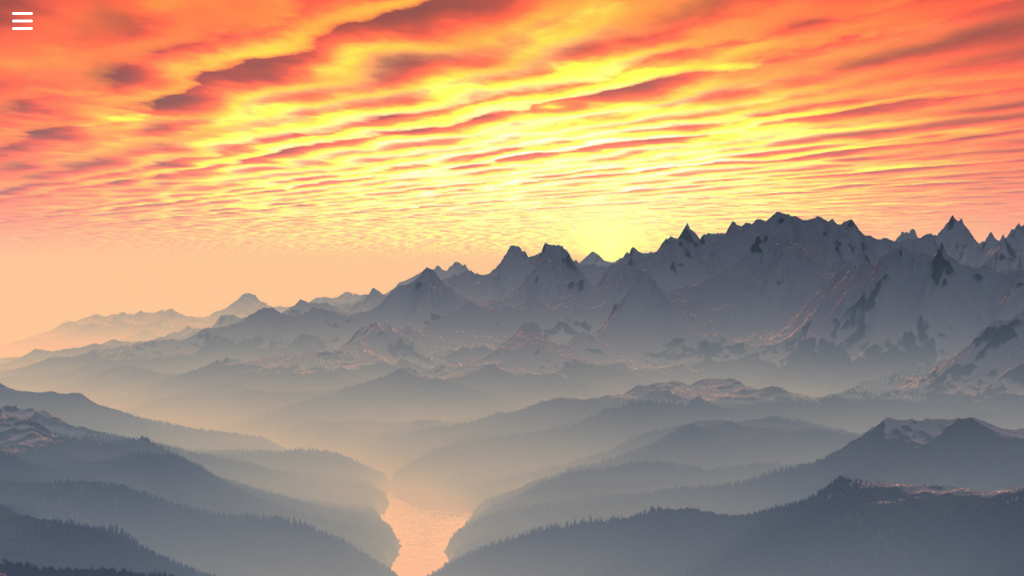
Repository: ewanlockwood/ewanlockwood
Page: http://localhost/base
The author's editor kept a record of every edit. The page is drawn from the files as they stood at one moment, then again after the next edit.
The browser window is 1280 px wide. The pictures show the whole page, at 80% of full size.
Some web libraries are served in a nearby version. The page is served by the project's application, run on Django 2.2 (manage.py). Other server files are loaded and not shown.

Above is the page before.

### store/views.py
from django.shortcuts import render

from .models import Template

# Create your views here.
def base(request):
    """ Render base.html """

    return render(request, 'base.html')

def index(request):
    """ Render index.html """

    queryset =  Template.objects.all()
    context = { 'object_list' : queryset,
                'title': 'List'
    }

    return render(request, 'template_page.html', context)

### store/templates/base.html
<!DOCTYPE html>
<html lang="en">

<head>
    <meta charset="UTF-8">
    <meta name="viewport" content="width=device-width, initial-scale=1.0">
    <meta http-equiv="X-UA-Compatible" content="ie=edge">
    <title>My Site</title>

    {% load static %}

    <link rel="stylesheet" href="{% static 'css/main.css' %}" type='text/css' />
    <link rel="stylesheet" href="https://stackpath.bootstrapcdn.com/bootstrap/4.3.1/css/bootstrap.min.css" integrity="sha384-ggOyR0iXCbMQv3Xipma34MD+dH/1fQ784/j6cY/iJTQUOhcWr7x9JvoRxT2MZw1T" crossorigin="anonymous">

</head>

<body>
    <!-- Navigation START -->
    <div id="navigation-bar">
        <div id="nav-icon">
            <a onClick='openSlideMenu()'>
                <i id='menu-toggle' class="fas fa-bars"></i>
            </a>
        </div>
        <div id='menu' class='nav container-fluid'>
            <a class='close' onClick='closeSlideMenu()'> <i class='fas fa-times'></i> </a>
            <div class="row">
                <a onClick="document.getElementById('page-one-container').scrollIntoView();" class='col-12'> <i class='fas fa-home icon'>  </i>Home </a>
                <a onClick="document.getElementById('page-two-container').scrollIntoView();"class='col-12'> <i class='fas fa-images icon'>  </i>Templates </a>
                <a onClick="document.getElementById('page-three-container').scrollIntoView();" class='col-12'> <i class='fas fa-user-circle icon'> </i> About </a>
            </div>
        </div>
    </div>
    <!-- Navigation END -->
    <div class='container-fluid' id="page-one-container">

    </div>
    {% block content %} {% endblock %}

    <script src="https://kit.fontawesome.com/25994293f6.js" crossorigin="anonymous"></script>
    <script src="https://code.jquery.com/jquery-3.3.1.slim.min.js" integrity="sha384-q8i/X+965DzO0rT7abK41JStQIAqVgRVzpbzo5smXKp4YfRvH+8abtTE1Pi6jizo" crossorigin="anonymous"></script>
    <script src="https://cdnjs.cloudflare.com/ajax/libs/popper.js/1.14.7/umd/popper.min.js" integrity="sha384-UO2eT0CpHqdSJQ6hJty5KVphtPhzWj9WO1clHTMGa3JDZwrnQq4sF86dIHNDz0W1" crossorigin="anonymous"></script>
    <script src="https://stackpath.bootstrapcdn.com/bootstrap/4.3.1/js/bootstrap.min.js" integrity="sha384-JjSmVgyd0p3pXB1rRibZUAYoIIy6OrQ6VrjIEaFf/nJGzIxFDsf4x0xIM+B07jRM" crossorigin="anonymous"></script>
    <script type="text/javascript" src="../static/js/main.js"></script>
</body>

</html>

### mysite/urls.py
"""mysite URL Configuration

The `urlpatterns` list routes URLs to views. For more information please see:
    https://docs.djangoproject.com/en/2.2/topics/http/urls/
Examples:
Function views
    1. Add an import:  from my_app import views
    2. Add a URL to urlpatterns:  path('', views.home, name='home')
Class-based views
    1. Add an import:  from other_app.views import Home
    2. Add a URL to urlpatterns:  path('', Home.as_view(), name='home')
Including another URLconf
    1. Import the include() function: from django.urls import include, path
    2. Add a URL to urlpatterns:  path('blog/', include('blog.urls'))
"""
from django.contrib import admin
from django.urls import path

from store import views as v

urlpatterns = [
    path('', v.index),
    path('base', v.base),
    path('admin/', admin.site.urls)
]

### store/static/css/main.css
@import url("https://fonts.googleapis.com/css?family=Josefin+Sans:100,100i,300,300i,400,400i,600,600i,700,700i&display=swap");

html {
  scroll-behavior: smooth;
}

body {
    font-family: 'Josefin Sans', sans-serif;
    overflow-x: hidden;
}

#navigation-bar {
      padding: 0 15px;
      transition: margin-left 0.7s;
      overflow: hidden;
      width: 100%;
}

#navigation-bar #nav-icon a {
        font-size: 30px;
        color: #fff;
        position: fixed;
        top: 5px;
}

#navigation-bar #menu {
        height: 100vh;
        width: 0px;
        position: fixed;
        z-index: 1;
        top: 0;
        left: 0;
        background-color: #fff;
        overflow-x: hidden;
        padding: 60px 0 0 0;
        transition: 0.7s;
}

#navigation-bar #menu .close {
          position: absolute;
          top: 8px;
          right: 22px;
          margin-left: 50px;
          font-size: 30;
          color: #000;
}

#navigation-bar #menu .row {
          padding: 200px 0px;
}

#navigation-bar #menu .row a {
            height: 74px;
            text-align: center;
            font-size: 45px;
            color: black;
            text-transform: uppercase;
 }

#page-one-container {
    background: url("../images/orange_sky.jpeg") no-repeat center;
    height: 100vh;
    width: 100vw;
}

#page-two-container {
    height: 100vh;
    width: 100vw;
    padding-top: 100px;
}

.template-card {
    text-align: center;
}

.template-card h1 {
    font-size: 45px;
}

.template-card #template-description {
    font-size: 11px;
}

.template-card img {
    width: 100%;
}

.template-card #template-price {
    color: red;
    width: auto;
    padding: 5px;
    text-align: left;
}

#page-three-container {
    height: 100vh;
    width: 100vw;
    background-color: #E57248;
}

Loaded but not shown: store/static/js/main.js (no copy from this time; the picture is the same without it)

After the next edit:
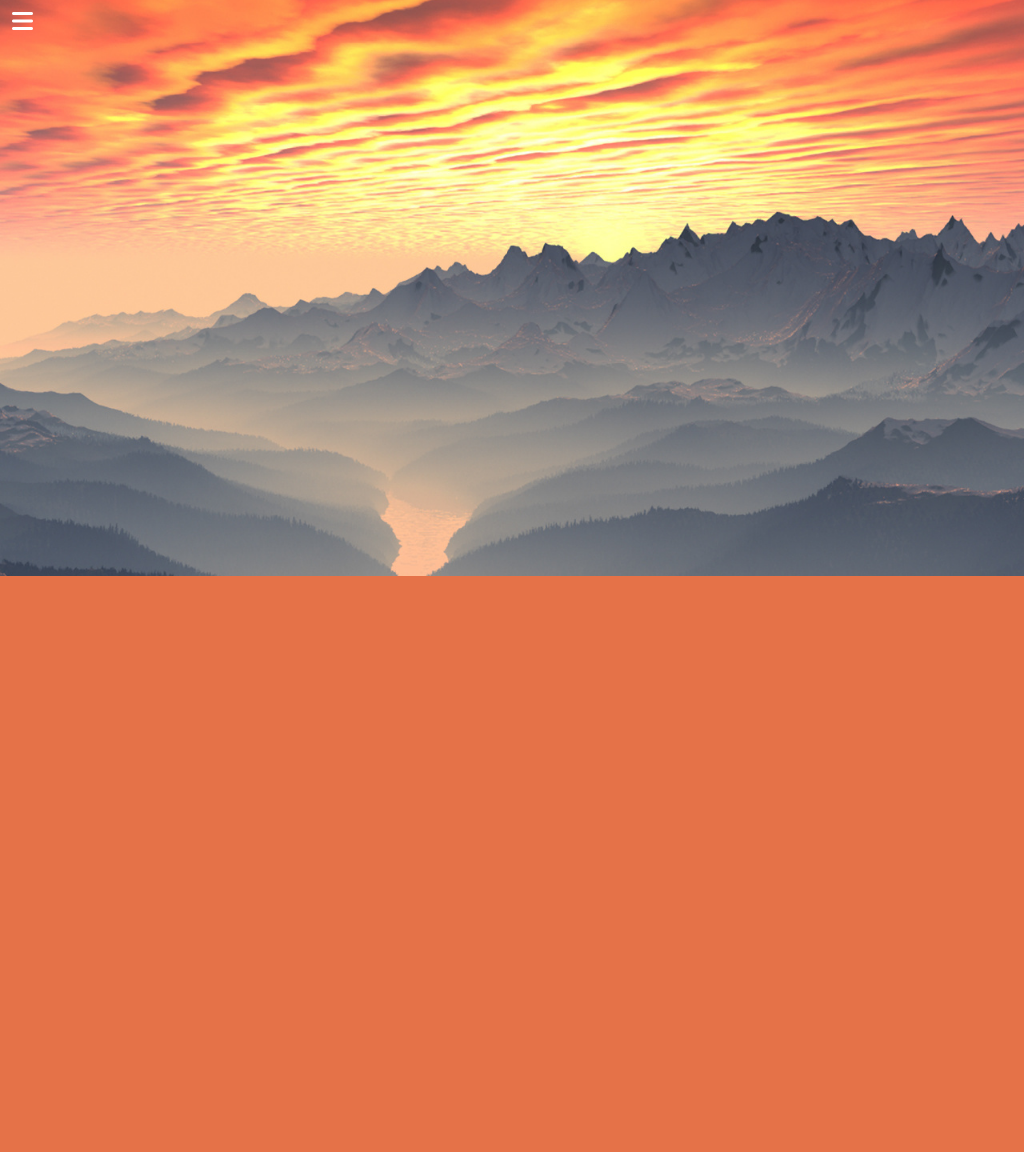
The edit:
--- a/store/templates/base.html
+++ b/store/templates/base.html
@@ -26,7 +26,7 @@
             <a class='close' onClick='closeSlideMenu()'> <i class='fas fa-times'></i> </a>
             <div class="row">
                 <a onClick="document.getElementById('page-one-container').scrollIntoView();" class='col-12'> <i class='fas fa-home icon'>  </i>Home </a>
-                <a onClick="document.getElementById('page-two-container').scrollIntoView();"class='col-12'> <i class='fas fa-images icon'>  </i>Templates </a>
+                <a onClick="document.getElementById('page-two-container').scrollIntoView();" class='col-12'> <i class='fas fa-images icon'>  </i>Templates </a>
                 <a onClick="document.getElementById('page-three-container').scrollIntoView();" class='col-12'> <i class='fas fa-user-circle icon'> </i> About </a>
             </div>
         </div>
@@ -37,6 +37,10 @@
     </div>
     {% block content %} {% endblock %}
 
+    <div class='container-fluid' id="page-three-container">
+
+    </div>
+
     <script src="https://kit.fontawesome.com/25994293f6.js" crossorigin="anonymous"></script>
     <script src="https://code.jquery.com/jquery-3.3.1.slim.min.js" integrity="sha384-q8i/X+965DzO0rT7abK41JStQIAqVgRVzpbzo5smXKp4YfRvH+8abtTE1Pi6jizo" crossorigin="anonymous"></script>
     <script src="https://cdnjs.cloudflare.com/ajax/libs/popper.js/1.14.7/umd/popper.min.js" integrity="sha384-UO2eT0CpHqdSJQ6hJty5KVphtPhzWj9WO1clHTMGa3JDZwrnQq4sF86dIHNDz0W1" crossorigin="anonymous"></script>
